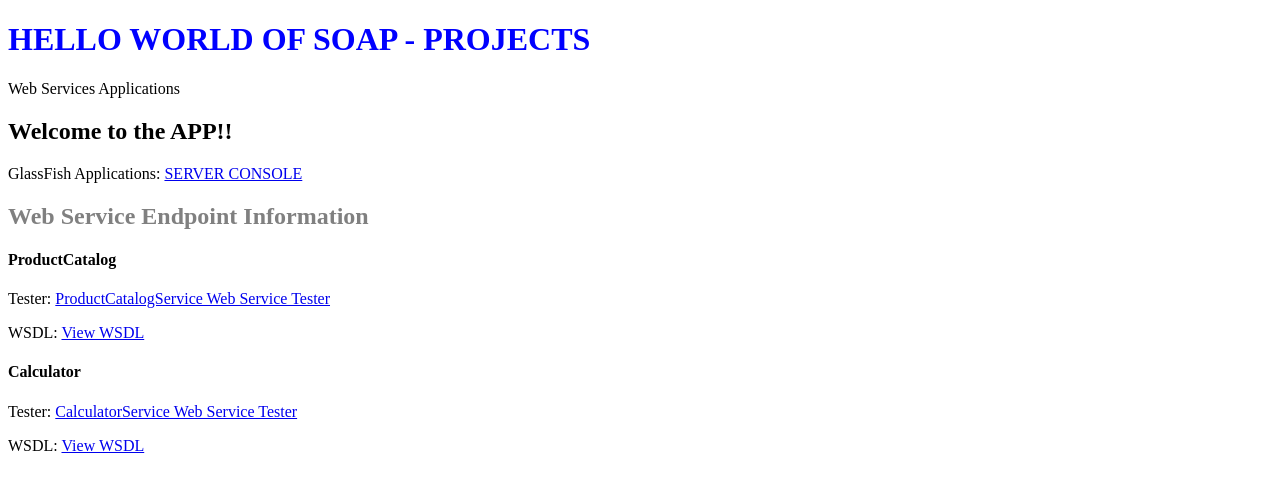
Repository: atafs/BackEnd_JAX-JAX-WS_SOAP
Page: http://localhost/Project_003_SOAP_server_ServiceAndContractFirst/
These files come from the project's save history. The page is drawn as it stood at one moment and after the next save; the edit follows.
The browser window is 1280 px wide. The pictures show the whole page.
The page is served by Tomcat 9.

Above is the page before, as saved 2016-01-26 11:56:01.

After the next save:
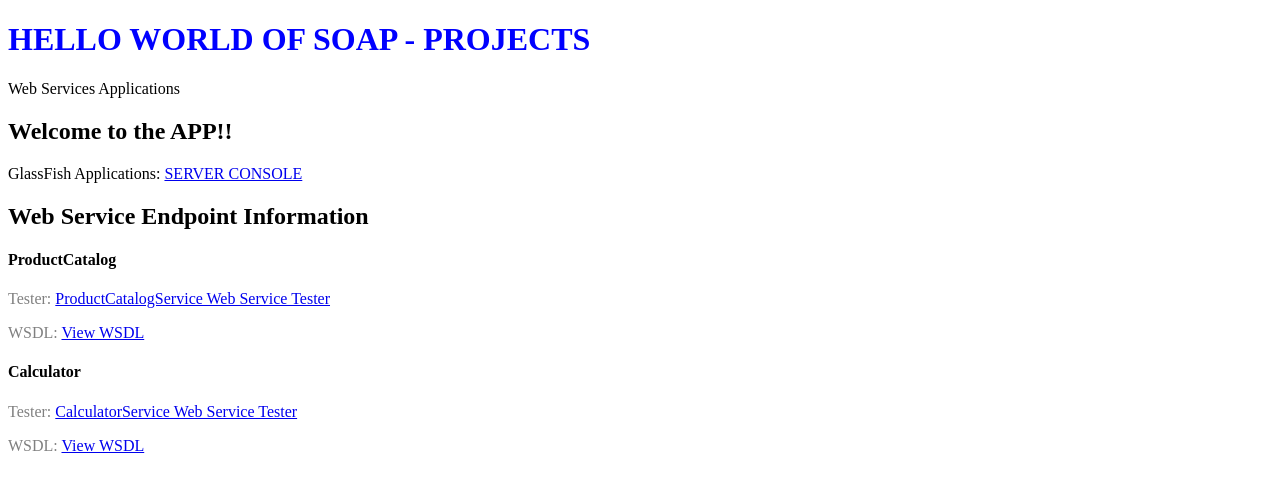
Saved 35 s later.
--- a/Project_003_SOAP_server_ServiceAndContractFirst/WebContent/index.jsp
+++ b/Project_003_SOAP_server_ServiceAndContractFirst/WebContent/index.jsp
@@ -18,13 +18,13 @@
 	<h2>Welcome to the APP!! </h2>
 	<p>GlassFish Applications: <a href="http://localhost:4848/common/index.jsf">SERVER CONSOLE</a></p>
 
-	<h2 style="color:gray;">Web Service Endpoint Information</h2>
+	<h2>Web Service Endpoint Information</h2>
 	<h4>ProductCatalog</h4>
-	<p>Tester: <a href="http://atafs:9090/Project_003_SOAP_server_ServiceAndContractFirst/ProductCatalogService?Tester">ProductCatalogService Web Service Tester</a></p>
-	<p>WSDL: <a href="http://atafs:9090/Project_003_SOAP_server_ServiceAndContractFirst/ProductCatalogService?wsdl">View WSDL</a></p>
+	<p style="color:gray;">Tester: <a href="http://atafs:9090/Project_003_SOAP_server_ServiceAndContractFirst/ProductCatalogService?Tester">ProductCatalogService Web Service Tester</a></p>
+	<p style="color:gray;">WSDL: <a href="http://atafs:9090/Project_003_SOAP_server_ServiceAndContractFirst/ProductCatalogService?wsdl">View WSDL</a></p>
 
 	<h4>Calculator</h4>
-	<p>Tester: <a href="http://atafs:9090/Project_003_SOAP_server_ServiceAndContractFirst/CalculatorService?Tester">CalculatorService Web Service Tester</a></p>
-	<p>WSDL: <a href="http://atafs:9090/Project_003_SOAP_server_ServiceAndContractFirst/CalculatorService?wsdl">View WSDL</a></p>
+	<p style="color:gray;">Tester: <a href="http://atafs:9090/Project_003_SOAP_server_ServiceAndContractFirst/CalculatorService?Tester">CalculatorService Web Service Tester</a></p>
+	<p style="color:gray;">WSDL: <a href="http://atafs:9090/Project_003_SOAP_server_ServiceAndContractFirst/CalculatorService?wsdl">View WSDL</a></p>
 </body>
 </html>
